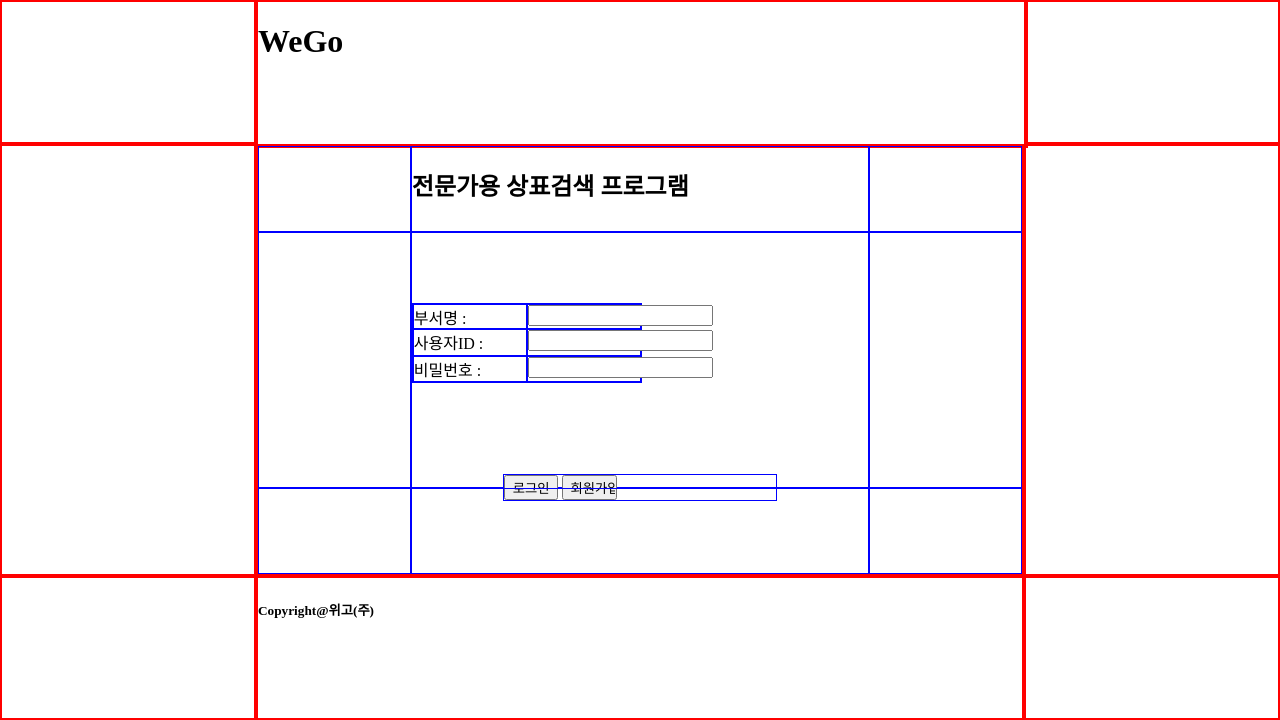
Repository: hamuse/wego1
Page: http://localhost/teamW1/facade.do
An editor plug-in stored every save of this project. The page is shown before and after the next save, followed by the edit.
The browser window is 1280 px wide. The pictures show the whole page.
Some web libraries are served in a nearby version. The page is served by Tomcat 9.

Above is the page before, as saved 2019-10-07 11:36:54.

After the next save:
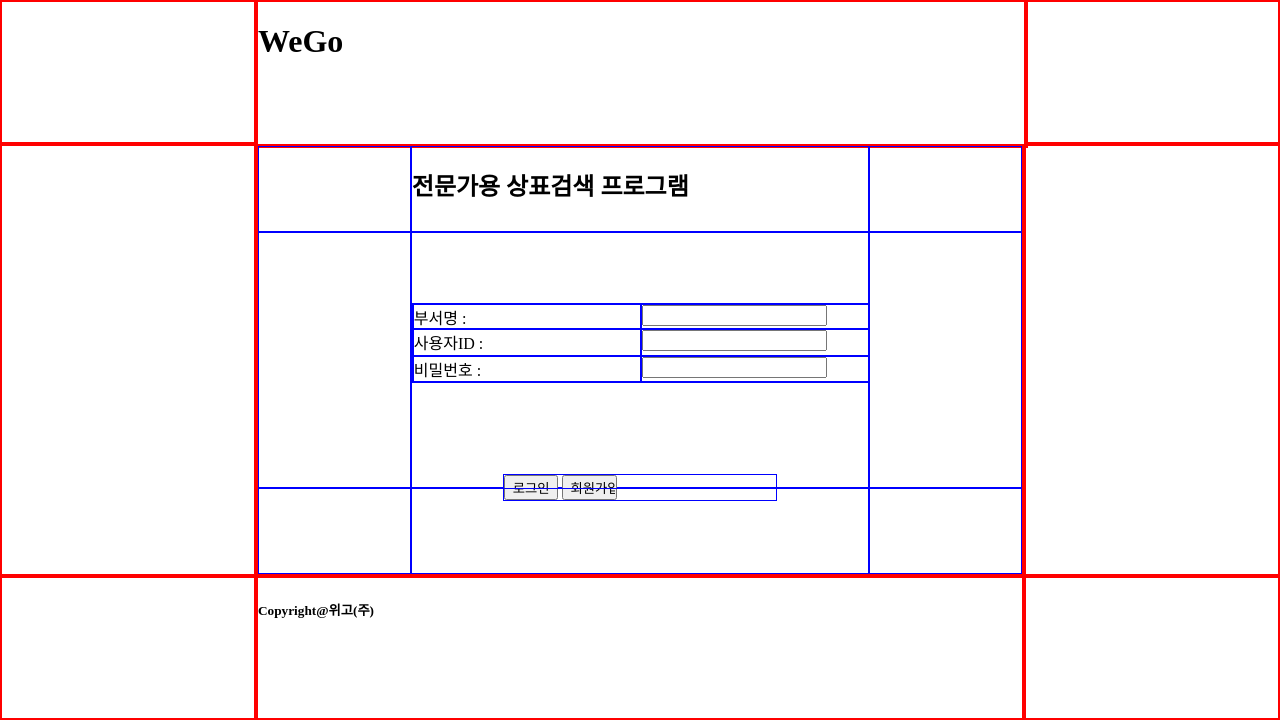
Saved 31 s later.
--- a/teamW1/WebContent/resources/css/style.css
+++ b/teamW1/WebContent/resources/css/style.css
@@ -47,7 +47,7 @@ html, body{
 	display: grid;
 	grid-template-rows: 33% 34% 33%;
 	grid-template-columns: 50% 50%;
-	width: 50%; height: 50%; margin-top: 70px;
+	width: 100%; height: 100%; margin-top: 70px;
 }
 #input_item{margin: 20% ;}
 #wego{width: 100%;height: 100%;}
